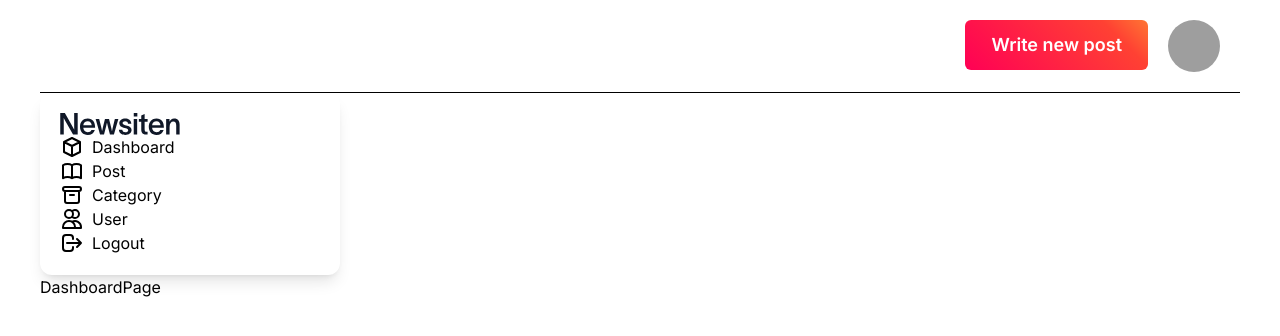
Repository: BrianPhamDev/Blog-App
Page: /dashboard
An editor plug-in stored every save of this project. The page is shown before and after the next save, followed by the edit.
The browser window is 1280 px wide. The pictures show the whole page.
Pictures or frames that could not be fetched are drawn as grey boxes. The project was rebuilt for these pictures with package versions that can differ from the ones it lists, and the page was loaded fresh each time. Also part of the build but not shown: src/pages/signUpPage/signUpPage.scss, src/components/label/label.scss, src/components/label/Label.js, src/components/input/input.scss, src/components/input/Input.js, src/components/input/InputPasswordToggle.js, src/components/input/index.js, src/pages/authenticationPage/authenticationPage.scss and 23 more. Imported but missing from the stored project, and not drawn on this page: src/components/icons.

Above is the page before, as saved 2023-08-02 20:44:49.

### public/index.html
<!DOCTYPE html>
<html lang="en">
  <head>
    <meta charset="utf-8" />

    <meta name="viewport" content="width=device-width, initial-scale=1" />

    <title>React App</title>
  </head>
  <body>
    <div id="root"></div>
  </body>
</html>

### src/index.js
import React from "react";
import "./styles/index.scss";
import App from "./App";
import reportWebVitals from "./reportWebVitals";
import { BrowserRouter } from "react-router-dom";
import { createRoot } from "react-dom/client";
import { ToastContainer } from "react-toastify";
import "react-toastify/dist/ReactToastify.css";

const container = document.getElementById("root");
const root = createRoot(container);

root.render(
  <React.StrictMode>
    <BrowserRouter>
      <App />
      <ToastContainer></ToastContainer>
    </BrowserRouter>
  </React.StrictMode>
);

reportWebVitals();

### src/styles/index.scss
@tailwind base;
@tailwind components;
@tailwind utilities;

@import "reset";
@import url("https://fonts.googleapis.com/css2?family=Inter:wght@100;200;300;400;500;600;700;800;900&display=swap");

@layer base {
  :root {
    --primary: #ff0055;
    --primary-active: #e5004c;
    --primary-grad2: #ff4133;
    --grad2-active: #e53a2e;
    --primary-grad3: #ff7633;
    --grad3-active: #e56a2e;
    --primary-d: #ff1a66;
    --primary-grad2-d: #ff5448;
    --primary-grad3-d: #ff8448;
    --danger: #f00;
    --danger-active: #e50000;
    --border-inactive: #ccc;
    --background-active: #000000;
    --background-inactive: #e7ecf3d6;
    --inactive: rgb(54, 54, 54);
    --text-meta: #91a8b0;
    --gray-300: rgb(237, 243, 245);
  }

  html {
    font-family: "Inter", system-ui, sans-serif;
  }
}

@layer utilities {
  .container {
    width: 100%;
    max-width: 1600px;
    margin: 0 auto;
    padding: 0 40px;
  }

  .background-gradient {
    background-image: linear-gradient(
      45deg,
      var(--primary) 0%,
      var(--primary-grad2) 80%,
      var(--primary-grad3) 100%
    );
  }

  .text-gradient {
    background-image: linear-gradient(
      45deg,
      var(--primary) 0%,
      var(--primary-grad2) 80%,
      var(--primary-grad3) 100%
    );
    background-clip: text;
    color: transparent;
  }

  .heading-1 {
    color: #000000;
    font-size: 38px;
    font-weight: 900;
    line-height: 47px;
  }

  .heading-2 {
    font-size: 30px;
    font-weight: 800;
    line-height: 38px;
  }

  .heading-3 {
    font-weight: 600;
    line-height: 28.8px;
    font-size: 16px;
  }

  .heading-4 {
    font-style: 14px;
    line-height: 20px;
    font-weight: 500;
  }

  .bodycopy {
    font-size: 16px;
    line-height: 27.2px;
    font-weight: 400;
  }

  .meta {
    font-style: 12px;
    font-weight: 400;
    line-height: 17px;
  }

  .button-text {
    @apply underline;
    font-size: 14px;
    color: var(--inactive);
    font-weight: 400;
  }

  .input-icon {
    position: absolute;
    right: 20px;
    top: 50%;
    transform: translateY(-50%);
    cursor: pointer;
  }

  .smooth-transition {
    @apply transition-all ease-in-out duration-200;
  }
}

### src/App.js
import { Routes, Route } from "react-router-dom";
import { AuthProvider } from "./contexts/auth-context";
import SignUpPage from "./pages/signUpPage/SignUpPage";
import SignInPage from "./pages/signInPage/SignInPage";
import HomePage from "./pages/homePage/HomePage";
import NotFoundPage from "./pages/notFoundPage/NotFoundPage";
import PostDetailsPage from "./module/Post/PostDetails/PostDetailsPage";
import DashboardPage from "./pages/dashboardPage.js/DashboardPage";
import DashboardLayout from "./module/dashboard/DashboardLayout";

function App() {
  return (
    <div>
      <AuthProvider>
        <Routes>
          <Route path="/" element={<HomePage />}></Route>
          <Route path="/sign-up" element={<SignUpPage />}></Route>
          <Route path="/sign-in" element={<SignInPage />}></Route>

          <Route path="*" element={<NotFoundPage />}></Route>
          <Route path="/:slug" element={<PostDetailsPage />}></Route>
          <Route element={<DashboardLayout />}>
            <Route path="/dashboard" element={<DashboardPage />}></Route>
          </Route>
        </Routes>
      </AuthProvider>
    </div>
  );
}

export default App;

### src/styles/_reset.scss
*,
*::before,
*::after {
  box-sizing: border-box;
}
* {
  margin: 0;
  padding: 0;
}

html,
body {
  height: 100%;
}
body {
  line-height: 1.5;
  -webkit-font-smoothing: antialiased;
  -webkit-tap-highlight-color: rgba(0, 0, 0, 0);
}

img,
picture,
video,
canvas,
svg {
  display: block;
  max-width: 100%;
}
input,
button,
textarea,
select {
  font: inherit;
  outline: none;
  border: none;
}
p,
h1,
h2,
h3,
h4,
h5,
h6 {
  overflow-wrap: break-word;
}

### src/contexts/auth-context.js
import { onAuthStateChanged } from "firebase/auth";
import { useEffect, useState } from "react";
import { auth } from "../firebase/firebase-config";

const { createContext, useContext } = require("react");

const AuthContext = createContext();

function AuthProvider(props) {
  const [userInfo, setUserInfo] = useState("");
  const value = { userInfo, setUserInfo };
  useEffect(() => {
    onAuthStateChanged(auth, (user) => {
      setUserInfo(user);
    });
  }, []);
  return <AuthContext.Provider value={value} {...props}></AuthContext.Provider>;
}

function useAuth() {
  const context = useContext(AuthContext);
  if (typeof context === "undefined")
    throw new Error("useAuth must be used within AuthProvider");
  return context;
}

export { AuthProvider, useAuth };

### src/module/dashboard/DashboardLayout.js
import React from "react";
import DashboardHeader from "./DashboardHeader";
import Sidebar from "./Sidebar";
import { Outlet } from "react-router-dom";
const DashboardLayout = ({ children }) => {
  return (
    <div className="container">
      <DashboardHeader></DashboardHeader>
      <div className="dashboard-main">
        <Sidebar>Sidebar</Sidebar>
        <div className="dashboard-children">
          <Outlet></Outlet>
        </div>
      </div>
    </div>
  );
};

export default DashboardLayout;

### src/firebase/firebase-config.js
// Import the functions you need from the SDKs you need
import { initializeApp } from "firebase/app";
import { getFirestore } from "firebase/firestore";
import { getAuth } from "firebase/auth";
// TODO: Add SDKs for Firebase products that you want to use
// https://firebase.google.com/docs/web/setup#available-libraries

// Your web app's Firebase configuration
const firebaseConfig = {
  apiKey: "AIzaSyBvYgsZz9zgVLPl1CRt32h11zSY1hwyQnQ",
  authDomain: "blogging-dc5e9.firebaseapp.com",
  projectId: "blogging-dc5e9",
  storageBucket: "blogging-dc5e9.appspot.com",
  messagingSenderId: "470546749308",
  appId: "1:470546749308:web:b657e2250e78464d5c36f9",
};

// Initialize Firebase
const app = initializeApp(firebaseConfig);

// Initialize Cloud Firestore and get a reference to the service
export const db = getFirestore(app);

// Initialize Firebase Authentication and get a reference to the service
export const auth = getAuth(app);

### src/module/dashboard/DashboardHeader.js
import { Button } from "../../components/button";
import React from "react";

const DashboardHeader = () => {
  return (
    <div className="dashboard-header-wrapper bg-white p-5 border-b border-b-black flex gap-5 justify-end">
      <Button to="/dashboard" className="dashboard-header-button">
        Write new post
      </Button>
      <div className="dashboard-header-avatar h-[52px] w-[52px]">
        <img
          src="https://images.unsplash.com/photo-1568602471122-7832951cc4c5?ixlib=rb-1.2.1&ixid=MnwxMjA3fDB8MHxwaG90by1wYWdlfHx8fGVufDB8fHx8&auto=format&fit=crop&w=3270&q=80"
          alt="guys-smilling"
          className="w-full h-full object-cover rounded-full"
        />
      </div>
    </div>
  );
};

export default DashboardHeader;

### src/module/dashboard/Sidebar.js
import React from "react";
import { NavLink } from "react-router-dom";

const sidebarLinks = [
  {
    title: "Dashboard",
    url: "/dashboard",
    icon: (
      <svg
        xmlns="http://www.w3.org/2000/svg"
        class="h-6 w-6"
        fill="none"
        viewBox="0 0 24 24"
        stroke="currentColor"
        strokeWidth="2"
      >
        <path
          strokeLinecap="round"
          strokeLinejoin="round"
          d="M20 7l-8-4-8 4m16 0l-8 4m8-4v10l-8 4m0-10L4 7m8 4v10M4 7v10l8 4"
        />
      </svg>
    ),
  },
  {
    title: "Post",
    url: "/manage/post",
    icon: (
      <svg
        xmlns="http://www.w3.org/2000/svg"
        class="h-6 w-6"
        fill="none"
        viewBox="0 0 24 24"
        stroke="currentColor"
        strokeWidth="2"
      >
        <path
          strokeLinecap="round"
          strokeLinejoin="round"
          d="M12 6.253v13m0-13C10.832 5.477 9.246 5 7.5 5S4.168 5.477 3 6.253v13C4.168 18.477 5.754 18 7.5 18s3.332.477 4.5 1.253m0-13C13.168 5.477 14.754 5 16.5 5c1.747 0 3.332.477 4.5 1.253v13C19.832 18.477 18.247 18 16.5 18c-1.746 0-3.332.477-4.5 1.253"
        />
      </svg>
    ),
  },
  {
    title: "Category",
    url: "/manage/category",
    icon: (
      <svg
        xmlns="http://www.w3.org/2000/svg"
        class="h-6 w-6"
        fill="none"
        viewBox="0 0 24 24"
        stroke="currentColor"
        strokeWidth="2"
      >
        <path
          strokeLinecap="round"
          strokeLinejoin="round"
          d="M5 8h14M5 8a2 2 0 110-4h14a2 2 0 110 4M5 8v10a2 2 0 002 2h10a2 2 0 002-2V8m-9 4h4"
        />
      </svg>
    ),
  },
  {
    title: "User",
    url: "/manage/user",
    icon: (
      <svg
        xmlns="http://www.w3.org/2000/svg"
        class="h-6 w-6"
        fill="none"
        viewBox="0 0 24 24"
        stroke="currentColor"
        strokeWidth="2"
      >
        <path
          strokeLinecap="round"
          strokeLinejoin="round"
          d="M12 4.354a4 4 0 110 5.292M15 21H3v-1a6 6 0 0112 0v1zm0 0h6v-1a6 6 0 00-9-5.197M13 7a4 4 0 11-8 0 4 4 0 018 0z"
        />
      </svg>
    ),
  },
  {
    title: "Logout",
    url: "/",
    icon: (
      <svg
        xmlns="http://www.w3.org/2000/svg"
        class="h-6 w-6"
        fill="none"
        viewBox="0 0 24 24"
        stroke="currentColor"
        strokeWidth="2"
      >
        <path
          strokeLinecap="round"
          strokeLinejoin="round"
          d="M17 16l4-4m0 0l-4-4m4 4H7m6 4v1a3 3 0 01-3 3H6a3 3 0 01-3-3V7a3 3 0 013-3h4a3 3 0 013 3v1"
        />
      </svg>
    ),
    onClick: () => {},
  },
];

const Sidebar = ({ children }) => {
  return (
    <div className="sidebar-wrapper max-w-[300px] bg-white shadow-lg rounded-xl p-5">
      <div className="sidebar-logo">
        <img src="./Logo.svg" alt="Newsiten" className="max-w-[120px]" />
      </div>
      {sidebarLinks.map((item) => (
        <NavLink
          key={item.url}
          to={item.url}
          className="menu-item flex gap-2 items-center"
        >
          <div className="menu-icon">{item.icon}</div>
          <div className="menu-title0.">{item.title}</div>
        </NavLink>
      ))}
    </div>
  );
};

export default Sidebar;

### src/components/button/Button.js
import React from "react";
import "./button.scss";
import Spinner from "../spinner/Spinner";
import PropTypes from "prop-types";
import { NavLink } from "react-router-dom";

/**
 * @param {*} onClick Handler onClick
 *@requires
 * @param {string} type Type of button 'button' | 'submit'
 * @returns
 */

const Button = ({
  type = "button",
  onClick = () => {},
  className,
  children,
  isLoading,
  to,
  ...props
}) => {
  const child = !!isLoading ? <Spinner></Spinner> : children;
  if (to !== "" && typeof to === "string")
    return (
      <NavLink to={to} {...props}>
        <button className="w-fit px-[26px] whitespace-nowrap text-white rounded-md font-semibold cursor-pointer text-lg h-[50px] flex items-center justify-center background-gradient">
          {children}
        </button>
      </NavLink>
    );

  return (
    <button type={type} className={`button ${className}`} {...props}>
      {child}
    </button>
  );
};

Button.propTypes = {
  type: PropTypes.oneOf(["button", "submit"]).isRequired,
  isLoading: PropTypes.bool,
  onClick: PropTypes.func,
};

export default Button;

### tailwind.config.js
/** @type {import('tailwindcss').Config} */
module.exports = {
  content: ["./src/**/*.{js,jsx,ts,tsx}"],
  theme: {
    extend: {
      colors: {
        borderInactive: "var(--border-inactive)",
        inactive: "var(--inactive)",
        backgroundInactive: "var(--background-inactive)",
      },
      fontFamily: {},
    },
  },
  plugins: [],
};

Loaded but not shown: src/reportWebVitals.js (common file); src/pages/dashboardPage.js/DashboardPage.js (common file); src/components/button/index.js (common file); src/pages/signInPage/signInPage.scss (no stored copy; drawn as an empty file)

After the next save:
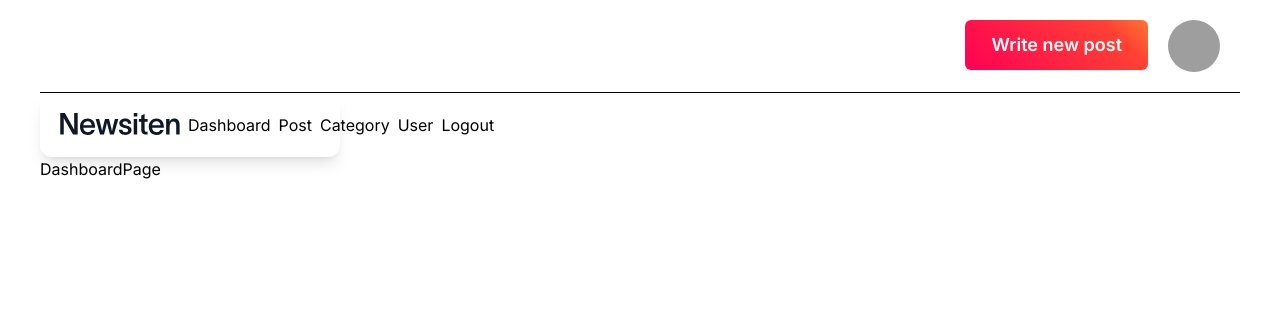
Saved 19 s later.
--- a/src/module/dashboard/Sidebar.js
+++ b/src/module/dashboard/Sidebar.js
@@ -107,7 +107,7 @@
 
 const Sidebar = ({ children }) => {
   return (
-    <div className="sidebar-wrapper max-w-[300px] bg-white shadow-lg rounded-xl p-5">
+    <div className="sidebar-wrapper max-w-[300px] bg-white shadow-lg rounded-xl p-5 flex">
       <div className="sidebar-logo">
         <img src="./Logo.svg" alt="Newsiten" className="max-w-[120px]" />
       </div>

After the save that followed:
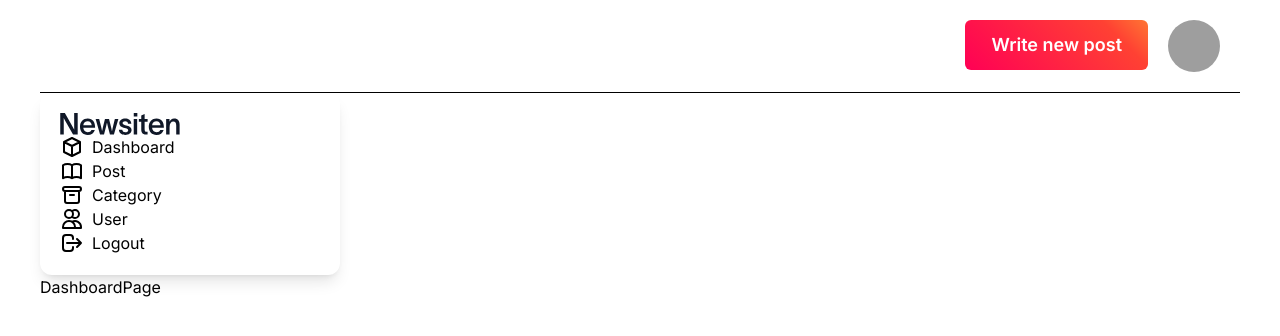
Saved 6 s later.
--- a/src/module/dashboard/Sidebar.js
+++ b/src/module/dashboard/Sidebar.js
@@ -107,7 +107,7 @@
 
 const Sidebar = ({ children }) => {
   return (
-    <div className="sidebar-wrapper max-w-[300px] bg-white shadow-lg rounded-xl p-5 flex">
+    <div className="sidebar-wrapper max-w-[300px] bg-white shadow-lg rounded-xl p-5 flex flex-col">
       <div className="sidebar-logo">
         <img src="./Logo.svg" alt="Newsiten" className="max-w-[120px]" />
       </div>
